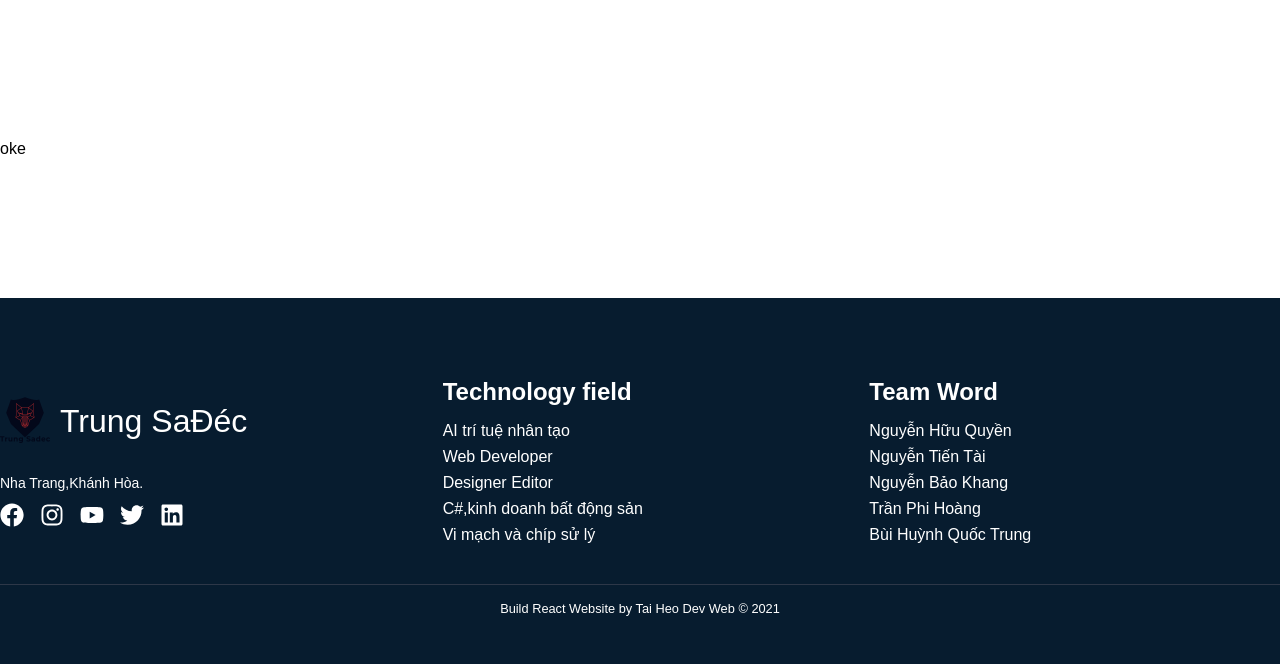
Repository: fdhhhdjd/Profile-Gift-B_H_Q_Trung
Page: /
An editor plug-in stored every save of this project. The page is shown before and after the next save, followed by the edit.
The browser window is 1280 px wide. The pictures show the part of the page from y = 720 to 1503 px (the page is 1384 px tall before and 1503 px after).
The project was rebuilt for these pictures with package versions that can differ from the ones it lists, and the page was loaded fresh each time. Also part of the build but not shown: src/App.css, src/Styles/PricingStyles.js, src/Data/PricingData.js, src/Pages/PricingPage.js. Imported but missing from the stored project, and not drawn on this page: src/Pages/SignUpPage.

Above is the page before, as saved 2021-10-29 08:57:52.

After the next save:
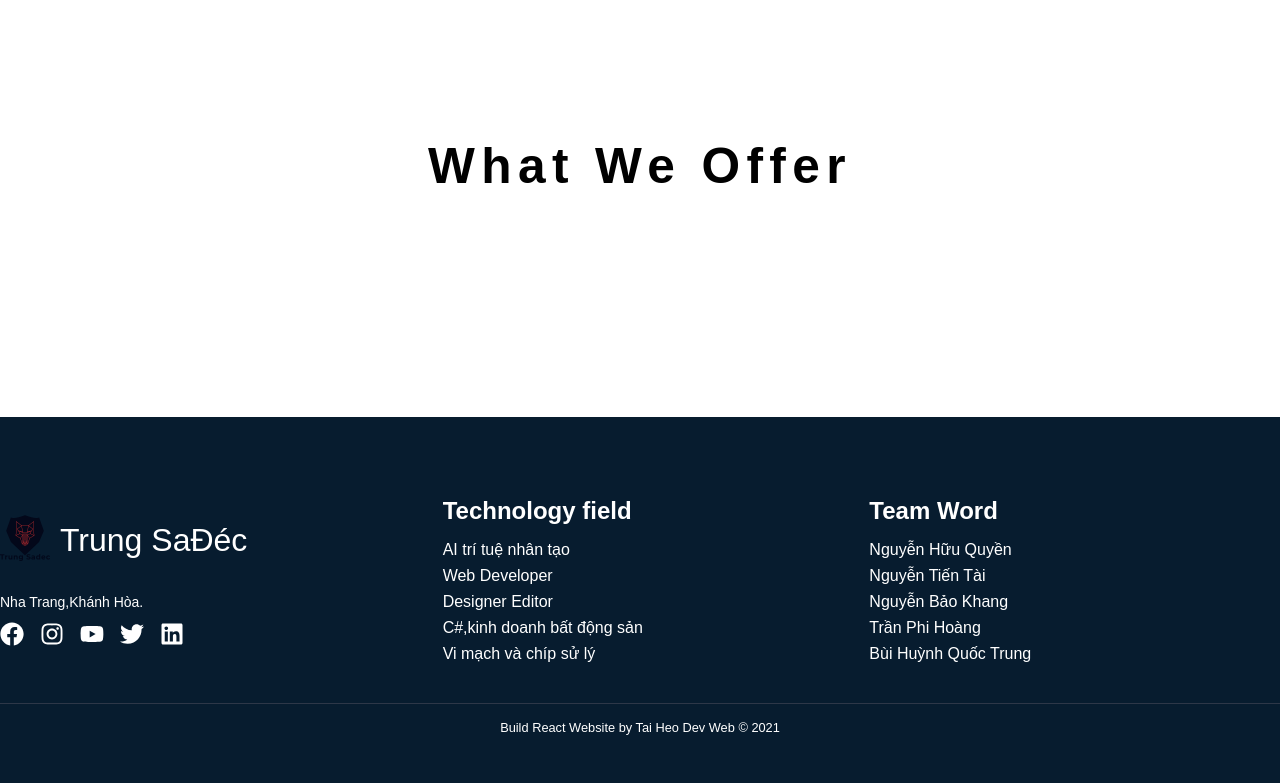
Saved 83 s later.
--- a/src/Components/FeaturesData.js
+++ b/src/Components/FeaturesData.js
@@ -1,11 +1,15 @@
 import React from "react";
-import { Section } from "../Styles/GlobalStyles";
-
+import { Section, Container } from "../Styles/GlobalStyles";
+import { FeatureTitle, FeatureTextWrapper } from "../Styles/FeaturesStyles";
 const FeaturesData = () => {
   return (
     <>
       <Section smPadding="50px 10px" position="relative" inverse id="about">
-        oke
+        <Container>
+          <FeatureTextWrapper>
+            <FeatureTitle>What We Offer</FeatureTitle>
+          </FeatureTextWrapper>
+        </Container>
       </Section>
     </>
   );
